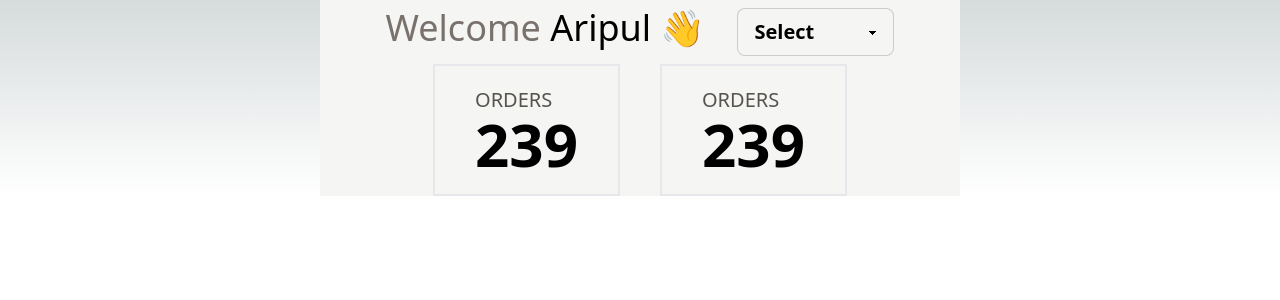
Repository: mehedi9465/nextapp
Page: /Dashboard
These files come from the project's save history. The page is drawn as it stood at one moment and after the next save; the edit follows.
The browser window is 1280 px wide. The pictures show the whole page.
The project was rebuilt for these pictures with package versions that can differ from the ones it lists, and the page was loaded fresh each time. The framework's server and built-in components were replaced by stand-ins that run in the browser. Also part of the build but not shown: next.config.js, Components/Navbar.js.

Above is the page before, as saved 2023-03-04 15:18:38.

After the next save:
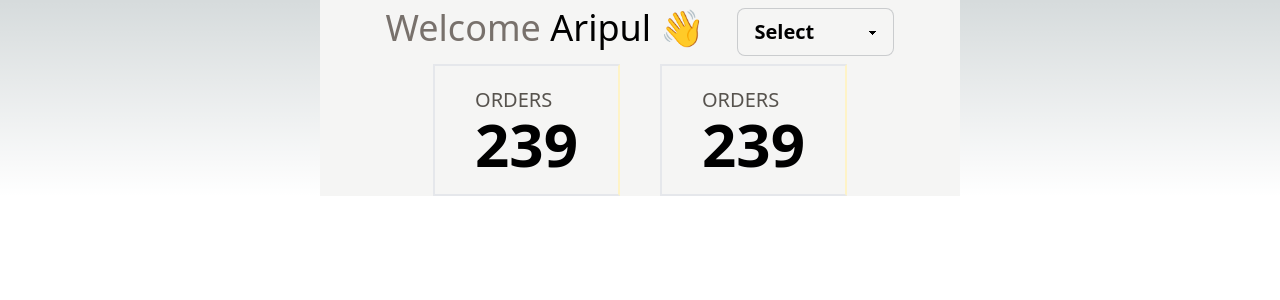
Saved 7 s later.
--- a/pages/Dashboard/index.js
+++ b/pages/Dashboard/index.js
@@ -21,13 +21,13 @@
           </select>
         </div>
         <div className="flex justify-center">
-          <div className="border-2 borderra justify-start mx-5 px-10 py-5">
+          <div className="border-2 border-r-amber-100 justify-start mx-5 px-10 py-5">
             <p className="uppercase text-stone-600 font-normal text-xl">
               Orders
             </p>
             <p className="text-6xl font-bold">239</p>
           </div>
-          <div className="border-2 borderra justify-start mx-5 px-10 py-5">
+          <div className="border-2 border-r-amber-100 justify-start mx-5 px-10 py-5">
             <p className="uppercase text-stone-600 font-normal text-xl">
               Orders
             </p>

After the 2 saves that followed:
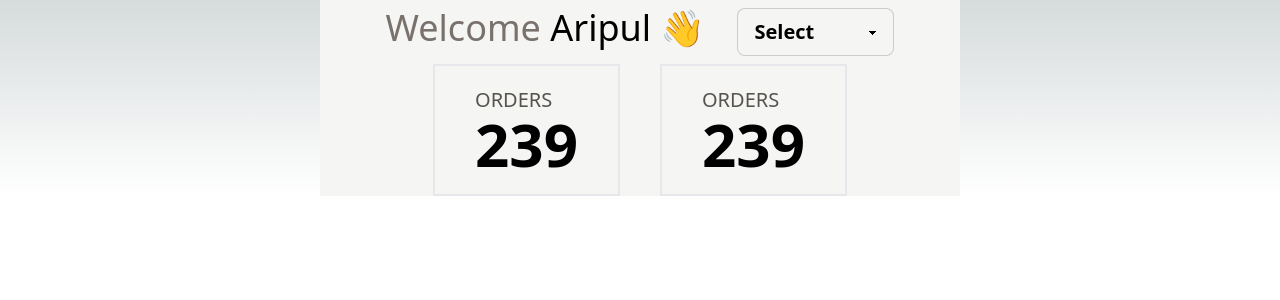
The 2 saves are shown as one change because they came seconds apart.
The last was saved 7 s later.
--- a/pages/Dashboard/index.js
+++ b/pages/Dashboard/index.js
@@ -21,13 +21,13 @@
           </select>
         </div>
         <div className="flex justify-center">
-          <div className="border-2 border-r-amber-100 justify-start mx-5 px-10 py-5">
+          <div className="border-2 border justify-start mx-5 px-10 py-5">
             <p className="uppercase text-stone-600 font-normal text-xl">
               Orders
             </p>
             <p className="text-6xl font-bold">239</p>
           </div>
-          <div className="border-2 border-r-amber-100 justify-start mx-5 px-10 py-5">
+          <div className="border-2 border justify-start mx-5 px-10 py-5">
             <p className="uppercase text-stone-600 font-normal text-xl">
               Orders
             </p>
